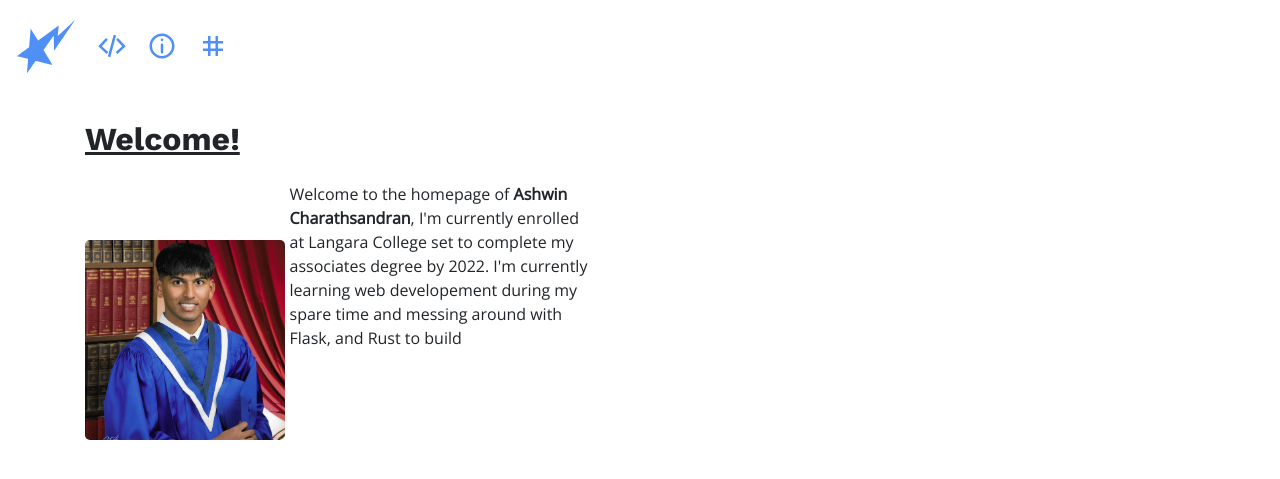
Repository: xxiz/ashwin.lol_flask
Page: http://localhost/
The author's editor kept a copy of each file at every save. The page is drawn from the files as they stood at one save, then again after a run of saves.
The browser window is 1280 px wide. The pictures show the whole page.
The page is served by the project's application, run on Flask 3 (app.py).

Above is the page before, as saved 2021-08-31 17:31:39.

### templates/index.html
{% extends 'base.html'%}
{% block content %}
<br>
    <h1>Welcome!</h1>
    <img class="me" src="/static/me.jpg" alt="A picture of myself">
    <p class="confined">Welcome to the homepage of <b>Ashwin Charathsandran</b>, I'm currently enrolled at Langara College set to complete my associates degree by 2022. I'm currently learning web developement during my spare time and messing around with Flask, and Rust to build </p>

{% endblock %}

### templates/base.html
<!DOCTYPE html>
<html lang="en">
<head>
    <meta charset="UTF-8">
    <meta http-equiv="X-UA-Compatible" content="IE=edge">
    <meta name="viewport" content="width=device-width, initial-scale=1.0">
    <meta name="viewport" content="width=device-width, initial-scale=1">
    <link rel="stylesheet" href="https://stackpath.bootstrapcdn.com/bootstrap/4.1.3/css/bootstrap.min.css" integrity="sha384-MCw98/SFnGE8fJT3GXwEOngsV7Zt27NXFoaoApmYm81iuXoPkFOJwJ8ERdknLPMO" crossorigin="anonymous">
    <link href='https://css.gg/home-alt.css' rel='stylesheet'>
    <link rel="stylesheet" href="static/app.css">
    <title>{{ title }}</title>
</head>
<body>
  <header>
    <nav>
      <!-- SVG's provided by https://css.gg/ and https://www.pinterest.ca/pin/502432902151236766/
           these images are not mine and I simply modified them.
      -->
      <a class="logo" href="/">
        <svg id="svg" xmlns="http://www.w3.org/2000/svg" xmlns:xlink="http://www.w3.org/1999/xlink" viewBox="0, 0, 400,400"><g id="svgg"><path id="path0" d="M375.404 43.010 C 366.024 51.806,347.525 69.114,334.297 81.472 C 321.068 93.829,303.241 110.484,294.681 118.483 C 286.121 126.482,278.911 132.820,278.658 132.567 C 278.241 132.149,284.716 69.460,285.588 65.478 C 285.791 64.550,285.639 63.790,285.251 63.790 C 284.648 63.790,260.992 80.890,237.523 98.291 C 227.623 105.631,148.371 163.243,147.334 163.854 C 146.751 164.197,138.491 151.049,123.021 125.151 C 98.113 83.455,97.570 82.612,97.546 85.580 C 97.537 86.597,97.035 93.171,96.430 100.188 C 95.824 107.205,94.649 121.220,93.817 131.332 C 92.986 141.445,91.633 157.655,90.811 167.355 C 89.989 177.054,88.915 190.160,88.425 196.477 C 87.935 202.795,87.173 208.400,86.731 208.934 C 85.375 210.573,15.246 261.837,10.457 264.690 C 7.982 266.164,6.052 267.463,6.168 267.576 C 6.284 267.690,11.276 268.981,17.261 270.446 C 58.961 280.654,79.884 285.969,80.349 286.471 C 80.645 286.792,79.104 308.161,76.923 333.959 C 74.743 359.756,73.037 380.949,73.132 381.055 C 73.227 381.161,86.102 363.134,101.743 340.997 C 117.384 318.859,130.527 300.273,130.950 299.695 C 131.591 298.819,138.848 300.405,174.490 309.212 C 232.789 323.618,241.800 325.782,242.458 325.539 C 242.770 325.423,229.838 303.377,213.719 276.548 C 197.601 249.719,184.258 227.206,184.069 226.520 C 183.768 225.431,245.875 136.802,249.908 132.565 C 251.796 130.581,252.035 135.511,252.617 188.555 C 252.883 212.805,253.310 232.629,253.567 232.609 C 253.824 232.589,259.323 224.737,265.789 215.160 C 272.254 205.584,296.196 170.394,318.994 136.961 C 341.791 103.527,364.809 69.756,370.144 61.914 C 375.479 54.071,383.015 43.011,386.889 37.336 C 390.764 31.660,393.603 27.017,393.197 27.017 C 392.792 27.017,384.785 34.214,375.404 43.010 " stroke="none" fill="#4f90f7" fill-rule="evenodd"></path></g></svg></a>
      <a href="/projects"><?xml version="1.0" encoding="UTF-8"?><svg viewBox="0 0 24 24" xmlns="http://www.w3.org/2000/svg"><path d="m13.325 3.0501-4.6576 17.382 1.9319 0.5176 4.6575-17.382-1.9318-0.51764z" fill="currentColor"/><path d="m7.612 18.361 1.3594-1.4484-5e-4 -0.0191-5.0943-4.7812 4.7904-5.1041-1.4583-1.3687-6.1591 6.5624 6.5624 6.1591z" fill="currentColor"/><path d="m16.388 18.361-1.3594-1.4484 5e-4 -0.0191 5.0943-4.7812-4.7904-5.1041 1.4583-1.3687 6.1591 6.5624-6.5624 6.1591z" fill="currentColor"/></svg></a>
      <a href=""><?xml version="1.0" encoding="UTF-8"?><svg viewBox="0 0 24 24" xmlns="http://www.w3.org/2000/svg"><path d="m11 10.979c0-0.5523 0.4477-1 1-1s1 0.44773 1 1v6c0 0.5523-0.4477 1-1 1s-1-0.4477-1-1v-6z" fill="currentColor"/><path d="m12 6.0512c-0.5523 0-1 0.44771-1 1 0 0.55228 0.4477 1 1 1s1-0.44772 1-1c0-0.55229-0.4477-1-1-1z" fill="currentColor"/><path d="m12 2c-5.5228 0-10 4.4772-10 10 0 5.5228 4.4772 10 10 10 5.5228 0 10-4.4772 10-10 0-5.5228-4.4772-10-10-10zm-8 10c0 4.4183 3.5817 8 8 8 4.4183 0 8-3.5817 8-8 0-4.4183-3.5817-8-8-8-4.4183 0-8 3.5817-8 8z" clip-rule="evenodd" fill="currentColor" fill-rule="evenodd"/></svg></a>
      <a href=""><?xml version="1.0" encoding="UTF-8"?><svg fill="none" viewBox="0 0 24 24" xmlns="http://www.w3.org/2000/svg"><path d="m8 4v4h-4v2h4v4h-4v2h4v4h2v-4h4v4h2v-4h4v-2h-4v-4h4v-2h-4v-4h-2v4h-4v-4h-2zm6 10v-4h-4v4h4z" clip-rule="evenodd" fill="currentColor" fill-rule="evenodd"/></svg></a>
    </nav>
  </header>
  <main>
    <div class="container">
      {% block content %} {% endblock %}
  </div>
  </main>
    <script src="https://code.jquery.com/jquery-3.3.1.slim.min.js" integrity="sha384-q8i/X+965DzO0rT7abK41JStQIAqVgRVzpbzo5smXKp4YfRvH+8abtTE1Pi6jizo" crossorigin="anonymous"></script>
    <script src="https://cdnjs.cloudflare.com/ajax/libs/popper.js/1.14.3/umd/popper.min.js" integrity="sha384-ZMP7rVo3mIykV+2+9J3UJ46jBk0WLaUAdn689aCwoqbBJiSnjAK/l8WvCWPIPm49" crossorigin="anonymous"></script>
    <script src="https://stackpath.bootstrapcdn.com/bootstrap/4.1.3/js/bootstrap.min.js" integrity="sha384-ChfqqxuZUCnJSK3+MXmPNIyE6ZbWh2IMqE241rYiqJxyMiZ6OW/JmZQ5stwEULTy" crossorigin="anonymous"></script>
</body>
</html>

### app.py
from flask import Flask, request
from web.content import index_page, projects_page
web = Flask(__name__)
web.config['SQLALCHEMY_TRACK_MODIFICATIONS'] = False

@web.route('/')
def index():
    return index_page()

@web.route('/projects')
def projects():
    return projects_page()

### web/content.py
from flask import render_template
import json

# Page Content
prefix = "Ashwin Charathsandran — "

# Meta Tags
preview_message = ""
preview_title = ""
preview_image = ""

with open('web/projects.json', 'r') as file:
    projects = json.load(file)

def index_page():
    return render_template('index.html',
    title = prefix + "Welcome!",
    preview_title = preview_title,
    preview_image = preview_image,
    preview_message = preview_message)

def projects_page():
    return render_template('projects.html',
    title = prefix + "Projects",
    items = projects,
    preview_title = preview_title,
    preview_image = preview_image,
    preview_message = preview_message)

### web/projects.json
[
        {
            "title": "Vernon",
            "description": "Quality-focused reboot composite",
            "image_url": "http://placeimg.com/640/480"
        },
        {
            "title": "Nolan",
            "description": "Multi-layered firmware",
            "image_url": "http://placeimg.com/640/480"
        },
        {
            "title": "Reyes",
            "description": "array national",
            "image_url": "http://placeimg.com/640/480"
        }
]

### static/app.css
@import url('https://fonts.googleapis.com/css2?family=Work+Sans:wght@400;700&display=swap');
@import url('https://fonts.googleapis.com/css2?family=Open+Sans&display=swap');

:root {
    --blue: #4f90f7;
    --red: #d93434;
}

h1 {
    font-family: 'Work Sans', sans-serif;
    font-weight: 700;
    padding-bottom: 0.5em; padding-top: 0.5em;
    text-decoration: underline;
    font-size: 32px;
}

p {
    font-family: 'Open Sans', sans-serif;
    font-weight: 400;
}

.confined {
    max-width: 300px;
    display: inline-block;
}

.me {
    display: inline-block;
    max-width: 200px;
    border-radius: 5px;
}

a {
    text-decoration: none;
    color: var(--blue);
}

a:hover {
    animation: hover-effect 1s infinite linear;
}

.card {
    margin-bottom: 1.5em;
}

.description {
    padding-bottom: 0.5em;
    font-size: 18px;
}
nav {
    padding: 1em;
    overflow: hidden;
    position: fixed;
    top: 0;
    width: 100%;
}

nav a svg {
    width: 30px;
}

.navbar-logo {
    margin-right: 50px;
    width: 60px;
}

.nav-item {
    font-weight: 700;
}
main {
    padding-top: 80px;
}

.logo svg {
    width: 60px;
}

nav a  {
    padding-right: 1em;
}
@keyframes hover-effect {
    0% {
        color: var(--blue);
    }
    50% {
        color: var(--red);

    }
    100% {
        color: var(--blue);
    }
}

After the next 2 saves:
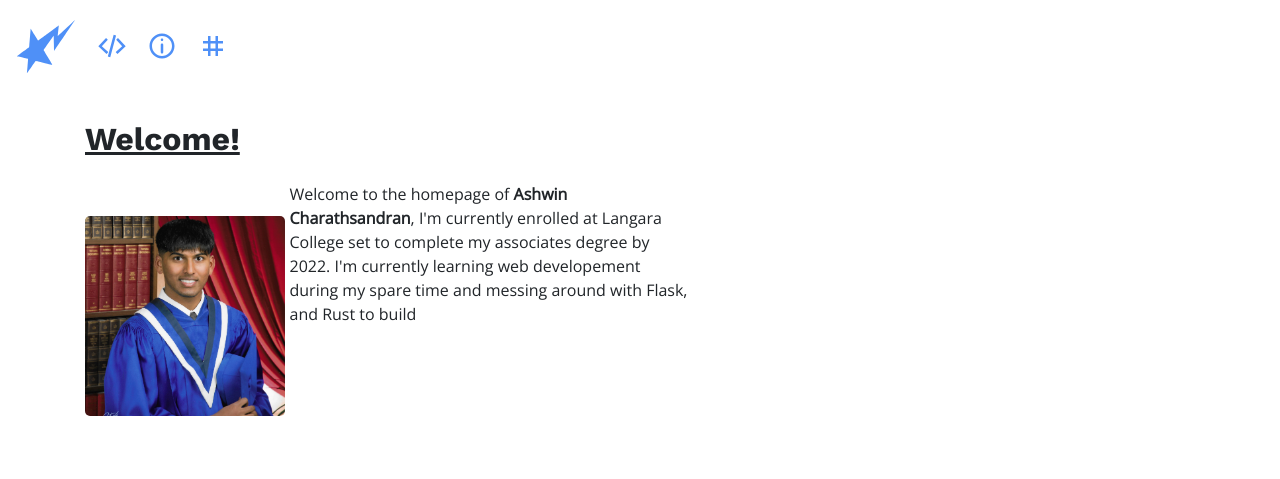
The 2 saves are shown as one change because they came seconds apart.
The last was saved 9 s later.
--- a/static/app.css
+++ b/static/app.css
@@ -20,7 +20,7 @@ p {
 }
 
 .confined {
-    max-width: 300px;
+    max-width: 400px;
     display: inline-block;
 }
 
